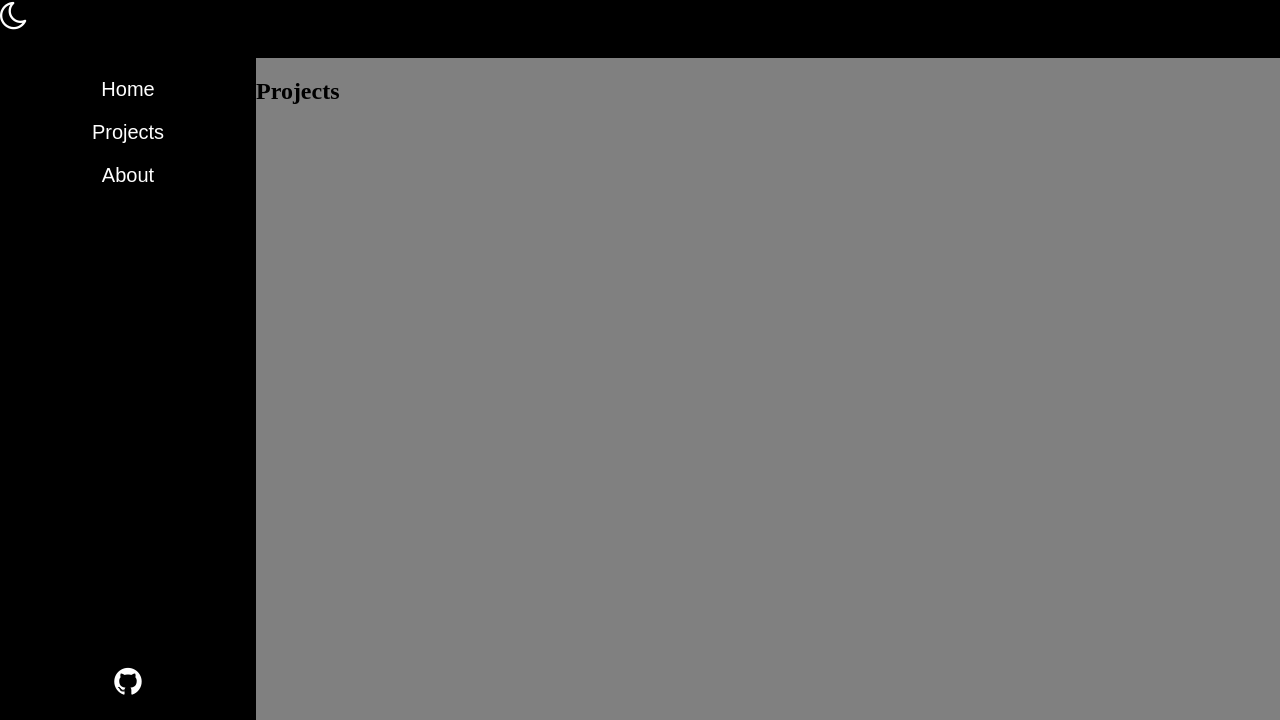
Repository: josephinel6/josephinel6.github.io
Page: index.html
An editor plug-in stored every save of this project. The page is shown before and after the next save, followed by the edit.
The browser window is 1280 px wide. The pictures show the whole page.

Above is the page before, as saved 2023-04-05 08:12:37.

### index.html
<!DOCTYPE html>
<html>

<head>
    <style>
        :root.light {
            --color-bg: white;
            --color-menu-text: black;
            --color-page-bg: darkgray;
            --color-obj-bg: gray;
            --color-title-text: black;
            --color-gen-text: black;
        }

        :root.dark {
            --color-bg: black;
            --color-menu-text: white;
            --color-page-bg: gray;
            --color-obj-bg: darkgray;
            --color-title-text: white;
            --color-gen-text: white;
        }

        /* :root {
            --color-bg: black;
        } */

        html,
        body {
            height: 100%;
            width: 100%;
            margin: 0;
            position: relative;
            /* border-color: blue;
            border-radius: 10px;
            border-style: solid; */
            padding: 0;
        }

        #menu {
            height: 100%;
            width: 20%;
            position: absolute;
            z-index: 1;
            top: 0;
            bottom: 0;
            background-color: var(--color-bg);
        }

        #topbar {
            width: 100%;
            height: 8%;
            background-color: var(--color-bg);
            position: absolute;
        }

        .menutext {
            color: var(--color-menu-text);
            font-family: sans-serif;
            font-size: 20px;
        }

        .fa-github {
            color: var(--color-menu-text);
        }

        #window {
            background-color: var(--color-page-bg);
            position: absolute;
            height: 92%;
            width: 80%;
            right: 0;
            bottom: 0;
        }

        .tabcontent {
            height: 100%;
            width: 100%;
            position: absolute;
        }

        .projectbutton {
            height: 150px;
            width: 95%;
            margin-top: 2.5%;
            margin-left: 2.5%;
            background-color: var(--color-obj-bg);
            border-radius: 5px;
            font-family: sans-serif;
            font-size: 30px;
        }

        #day-night {
            color: white;
            z-index: 2;
            position: absolute;
        }
    </style>
    <link rel="stylesheet" href="https://cdnjs.cloudflare.com/ajax/libs/font-awesome/4.7.0/css/font-awesome.min.css">
    <script type="module" src="https://cdn.jsdelivr.net/gh/zerodevx/zero-md@2/dist/zero-md.min.js"></script>
    <script type="module" src="https://md-block.verou.me/md-block.js"></script>
</head>

<body>
    <div id="menu">
        <div style="position:absolute; top: 8%; width: 100%; text-align: center;">

            <p class="menutext"> Home </p>
            <p class="menutext" onclick="openpage('projectbuttons')"> Projects </p>
            <p class="menutext"> About </p>

        </div>

        <div style="position:absolute; bottom:3%; width: 100%; text-align: center;">
            <a href="https://github.com/josephinel6" class="fa fa-github fa-2x" style="text-decoration: none;"></a>
        </div>
    </div>
    <div id="topbar">
        <i onclick="daynight()" class="fa fa-moon-o fa-2x" id="day-night"></i>
    </div>
    <div id="window">
        <div id="homepage" class="tabcontent">
            <h2> Projects </h2>
        </div>
        <div id="projectbuttons" class="tabcontent">
            <div class="projectbutton" onclick="openpage('weatherAPI')"> Weather API </div>
        </div>
        <zero-md src="https://josephinel6.github.io/weatherAPI.md" class="tabcontent" id="weatherAPI"></zero-md>
        <div class="tabcontent" id="about"></div>
    </div>
    <script>
        window.onload = function () {
            document.documentElement.classList.remove("light")
            document.documentElement.classList.add("dark")
            window.localStorage.setItem('mode', 'dark');
            console.log("dark")
            tabcontent = document.getElementsByClassName("tabcontent");
            for (i = 0; i < tabcontent.length; i++) {
                tabcontent[i].style.display = "none";
            }
            document.getElementById("homepage").style.display = "block";
        }

        function openpage(pageName) {
            var i, tabcontent, tablinks;
            tabcontent = document.getElementsByClassName("tabcontent");
            for (i = 0; i < tabcontent.length; i++) {
                tabcontent[i].style.display = "none";
            }
            tablinks = document.getElementsByClassName("tablink");
            for (i = 0; i < tablinks.length; i++) {
                tablinks[i].style.backgroundColor = "";
            }
            document.getElementById(pageName).style.display = "block";

            document.body.scrollTop = 0;
            document.documentElement.scrollTop = 0;
        }
    </script>

</body>

</html>

After the next save:
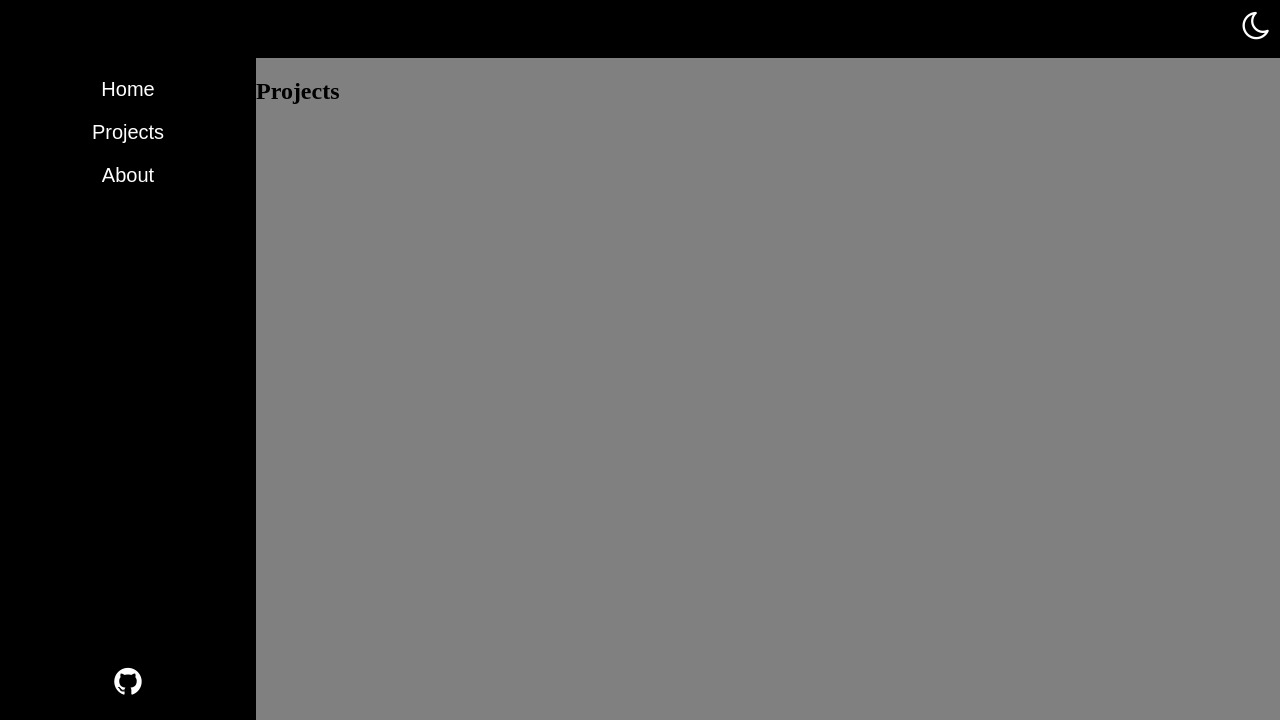
Saved 8 s later.
--- a/index.html
+++ b/index.html
@@ -94,6 +94,8 @@
             color: white;
             z-index: 2;
             position: absolute;
+            top: 10px;
+            right: 10px;
         }
     </style>
     <link rel="stylesheet" href="https://cdnjs.cloudflare.com/ajax/libs/font-awesome/4.7.0/css/font-awesome.min.css">
